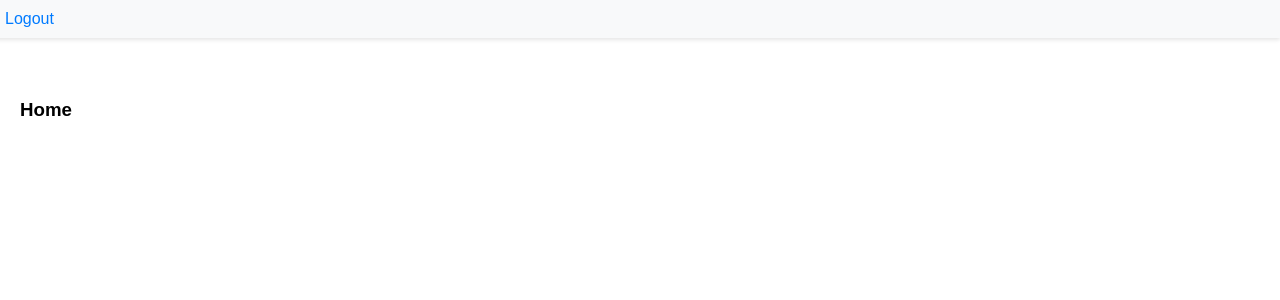
Repository: Faisal-Abdo/Savings_App_Django
Page: http://localhost/home/
The author's editor kept a copy of each file at every save. The page is drawn from the files as they stood at one save, then again after the next save.
The browser window is 1280 px wide. The pictures show the whole page.
The page is served by the project's application, run on Django 4.2 (manage.py).

Above is the page before, as saved 2024-07-24 23:50:15.

After the next save:
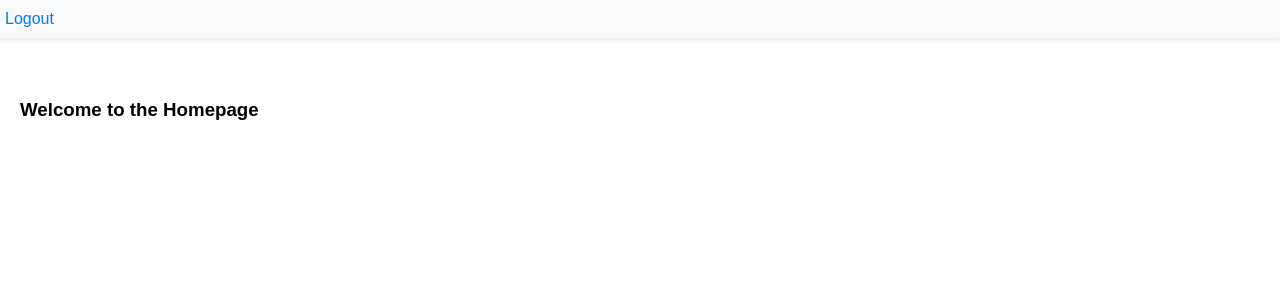
Saved 16 s later.
--- a/registration/templates/home.html
+++ b/registration/templates/home.html
@@ -39,7 +39,7 @@
         <a href="{% url 'logout' %}">Logout</a>
     </div>
     <div class="content">
-        <h3>Home</h3>
+        <h3>Welcome to the Homepage</h3>
         <!-- Page content goes here -->
     </div>
 </body>
